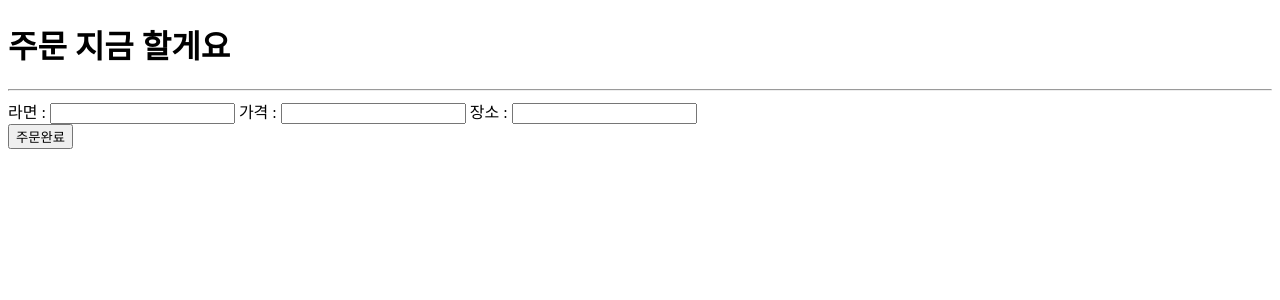
Repository: zxcvne/1400_web_nhs
Page: 05_jsp/src/web/src/main/webapp/order.html
These files come from the project's save history. The page is drawn as it stood at one moment and after the next save; the edit follows.
The browser window is 1280 px wide. The pictures show the whole page.

Above is the page before, as saved 2025-10-25 06:00:25.

### 05_jsp/src/web/src/main/webapp/order.html
<!DOCTYPE html>
<html>
<head>
<meta charset="UTF-8">
<title>주문은 토끼입니까</title>
</head>
<body>
	<h1>주문 지금 할게요</h1>
	<hr>
	<form method="get" action="Order">
		라면 : <input type="text" name ="ramen">
		가격 : <input type="text" name ="price">
		장소 : <input type="text" name ="location">
		<br>
		<button>주문완료</button>
	</form>
</body>
</html>

After the next save:
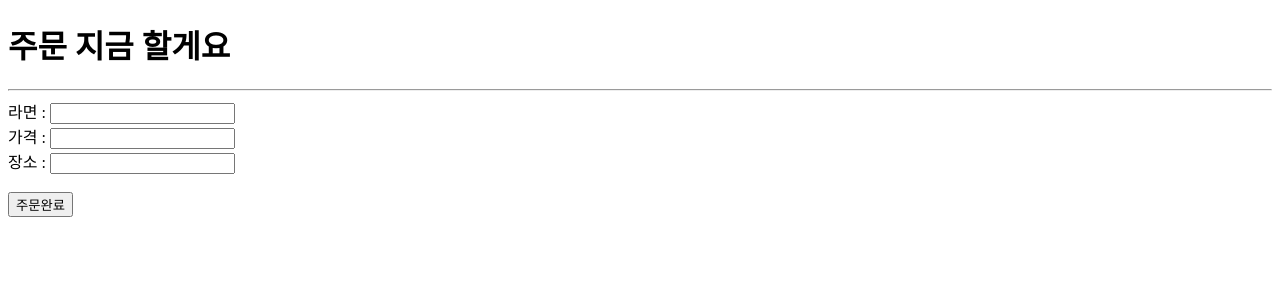
Saved 13 min 46 s later.
--- a/05_jsp/src/web/src/main/webapp/order.html
+++ b/05_jsp/src/web/src/main/webapp/order.html
@@ -8,9 +8,9 @@
 	<h1>주문 지금 할게요</h1>
 	<hr>
 	<form method="get" action="Order">
-		라면 : <input type="text" name ="ramen">
-		가격 : <input type="text" name ="price">
-		장소 : <input type="text" name ="location">
+		라면 : <input type="text" name ="ramen">	<br>
+		가격 : <input type="text" name ="price">	<br>
+		장소 : <input type="text" name ="location"> <br>
 		<br>
 		<button>주문완료</button>
 	</form>
